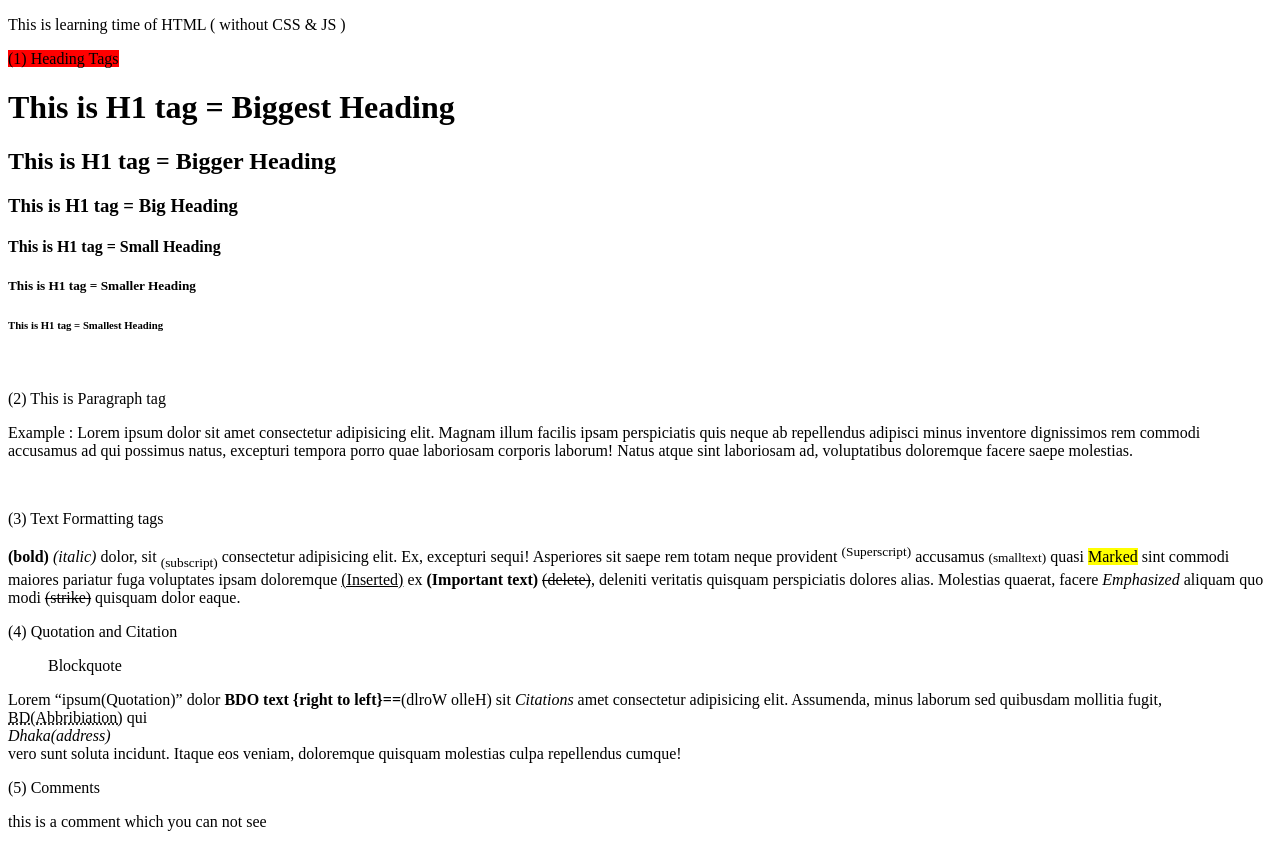
Repository: diptods/Frontend-in-60-DAYS
Page: Day01/learning/learn.html
An editor plug-in stored every save of this project. The page is shown before and after the next save, followed by the edit.
The browser window is 1280 px wide. The pictures show the whole page.

Above is the page before, as saved 2026-05-28 12:08:44.

### Day01/learning/learn.html
<!DOCTYPE html>
<html lang="en">

<head>
    <meta charset="UTF-8">
    <meta name="viewport" content="width=device-width, initial-scale=1.0">
    <title>Day 01 Of Frontend Learning</title>
</head>

<body>
    <p>This is learning time of HTML ( without CSS & JS )</p>
    <p><mark style="background-color: red">(1) Heading Tags</mark></p>
    <h1>This is H1 tag = Biggest Heading</h1>
    <h2>This is H1 tag = Bigger Heading</h2>
    <h3>This is H1 tag = Big Heading</h3>
    <h4>This is H1 tag = Small Heading</h4>
    <h5>This is H1 tag = Smaller Heading</h5>
    <h6>This is H1 tag = Smallest Heading</h6>
    <br>
    <p>(2) This is Paragraph tag</p>
    <p>Example : Lorem ipsum dolor sit amet consectetur adipisicing elit. Magnam illum facilis ipsam perspiciatis quis
        neque ab repellendus adipisci minus inventore dignissimos rem commodi accusamus ad qui possimus natus, excepturi
        tempora porro quae laboriosam corporis laborum! Natus atque sint laboriosam ad, voluptatibus doloremque facere
        saepe molestias.</p>
    <br>
    <p>(3) Text Formatting tags</p>
    <p><b>(bold)</b> <i>(italic)</i> dolor, sit <sub>(subscript)</sub> consectetur adipisicing elit. Ex, excepturi
        sequi! Asperiores sit saepe rem totam
        neque provident <sup>(Superscript)</sup> accusamus <small>(smalltext)</small> quasi <mark>Marked</mark> sint
        commodi maiores pariatur fuga voluptates ipsam doloremque
        <ins>(Inserted)</ins> ex <strong>(Important text)</strong> <del>(delete)</del>, deleniti veritatis quisquam
        perspiciatis dolores alias. Molestias quaerat, facere
        <em>Emphasized</em> aliquam quo modi <strike>(strike)</strike> quisquam dolor eaque.
    </p>
    <p>(4) Quotation and Citation</p>
    <p><blockquote>Blockquote</blockquote> Lorem <q>ipsum(Quotation)</q> dolor <b>BDO text {right to left}==</b><bdo dir="rtl">(Hello World)</bdo> sit <cite>Citations</cite> amet consectetur adipisicing elit. Assumenda, minus laborum sed quibusdam mollitia fugit,
        <abbr title="Bangladesh">BD(Abbribiation)</abbr> qui <address>Dhaka(address)</address>vero sunt soluta incidunt. Itaque eos veniam, doloremque quisquam molestias culpa repellendus cumque!
    </p>
    <p>(5) Comments</p>
    <!-- Write your comments here -->
     <p><!-- Write your comments here --> this is a comment which you can not see</p>
</body>

</html>

After the next save:
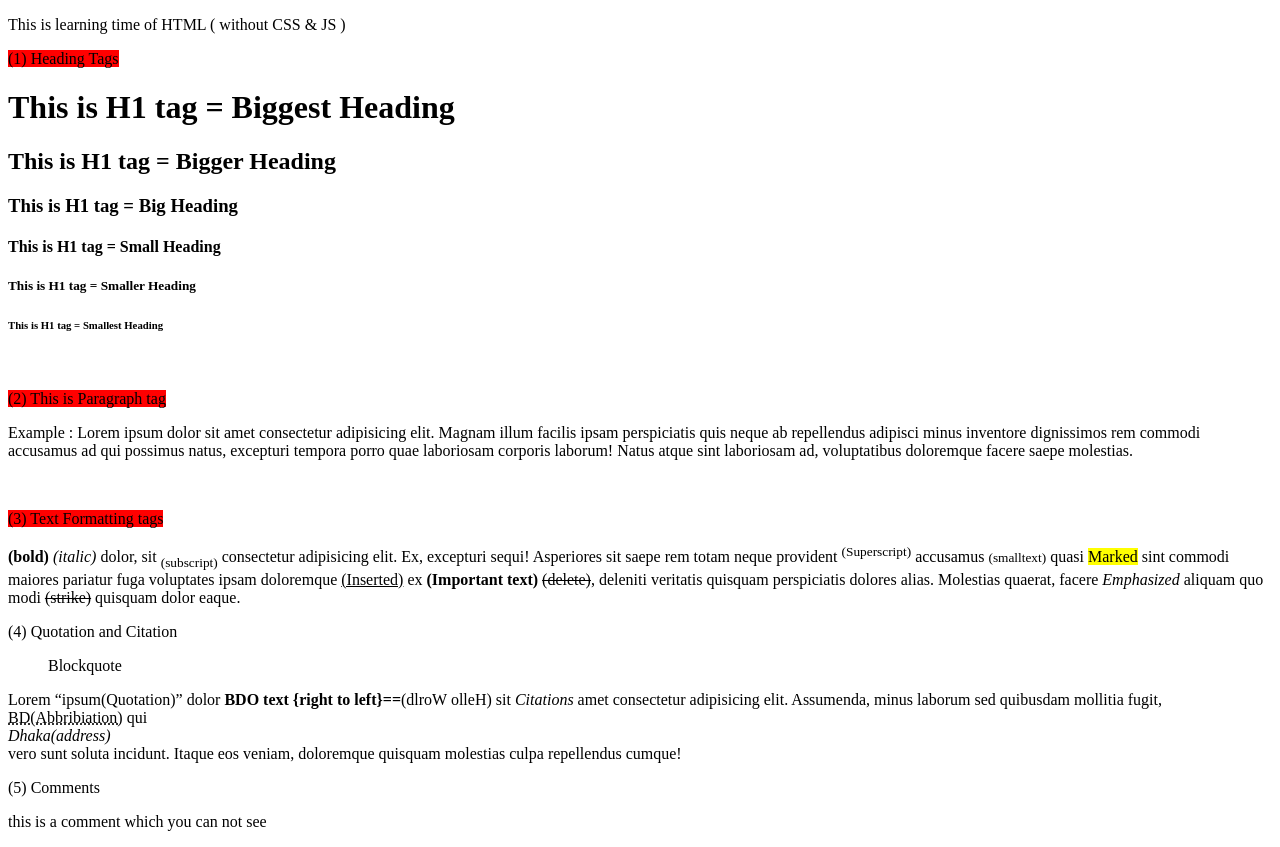
Saved 26 s later.
--- a/Day01/learning/learn.html
+++ b/Day01/learning/learn.html
@@ -17,13 +17,13 @@
     <h5>This is H1 tag = Smaller Heading</h5>
     <h6>This is H1 tag = Smallest Heading</h6>
     <br>
-    <p>(2) This is Paragraph tag</p>
+    <p><mark style="background-color: red">(2) This is Paragraph tag</mark></p>
     <p>Example : Lorem ipsum dolor sit amet consectetur adipisicing elit. Magnam illum facilis ipsam perspiciatis quis
         neque ab repellendus adipisci minus inventore dignissimos rem commodi accusamus ad qui possimus natus, excepturi
         tempora porro quae laboriosam corporis laborum! Natus atque sint laboriosam ad, voluptatibus doloremque facere
         saepe molestias.</p>
     <br>
-    <p>(3) Text Formatting tags</p>
+    <p><mark style="background-color: red">(3) Text Formatting tags</mark></p>
     <p><b>(bold)</b> <i>(italic)</i> dolor, sit <sub>(subscript)</sub> consectetur adipisicing elit. Ex, excepturi
         sequi! Asperiores sit saepe rem totam
         neque provident <sup>(Superscript)</sup> accusamus <small>(smalltext)</small> quasi <mark>Marked</mark> sint
